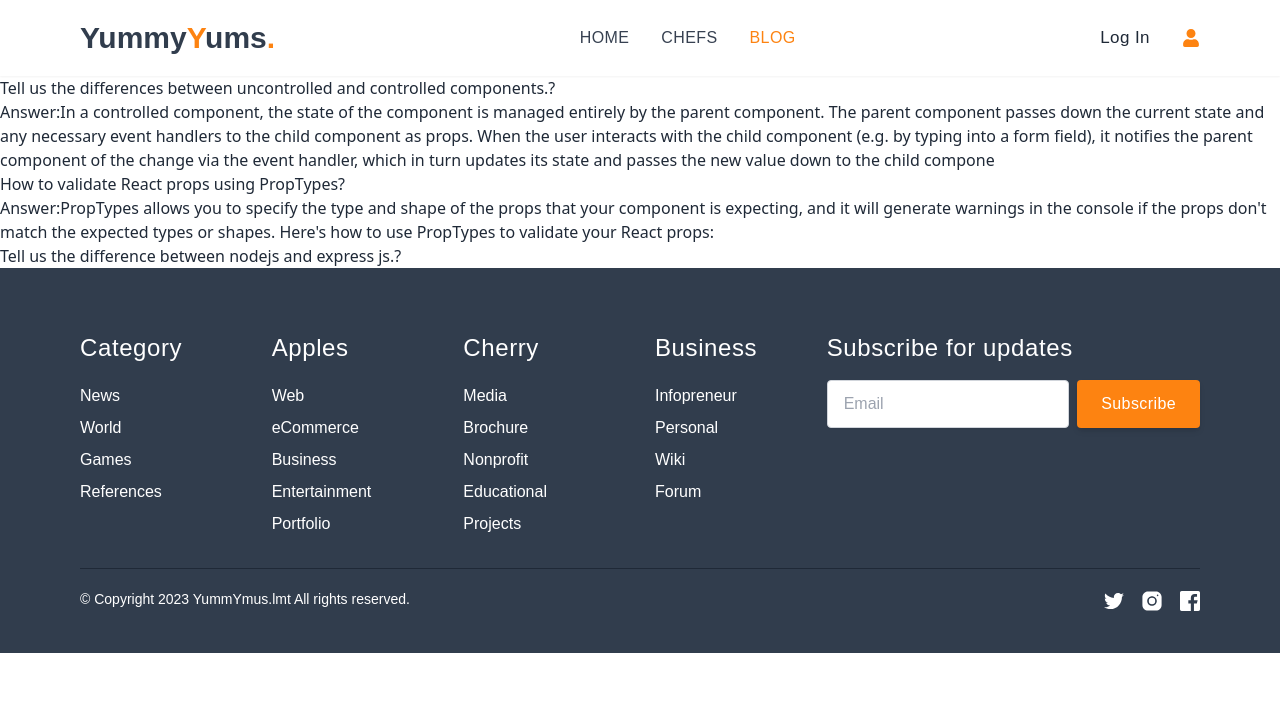
Repository: mdrubel02/yummy-yums-client
Page: /blog
The author's editor kept a copy of each file at every save. The page is drawn from the files as they stood at one save, then again after the next save.
The browser window is 1280 px wide. The pictures show the whole page.
The project was rebuilt for these pictures with package versions that can differ from the ones it lists, and the page was loaded fresh each time. Also part of the build but not shown: vite.config.js, src/Pages/Home/BannerItem.jsx, src/Pages/Home/Banner.jsx, src/Shared/SectionTitle/SectionTitle.jsx, src/Pages/Chefs/Chef.jsx, src/Pages/Chefs/Chefs.jsx, src/Pages/Home/categories.jsx, src/Pages/Home/Activities.jsx and 13 more.

Above is the page before, as saved 2023-05-04 21:12:44.

After the next save:
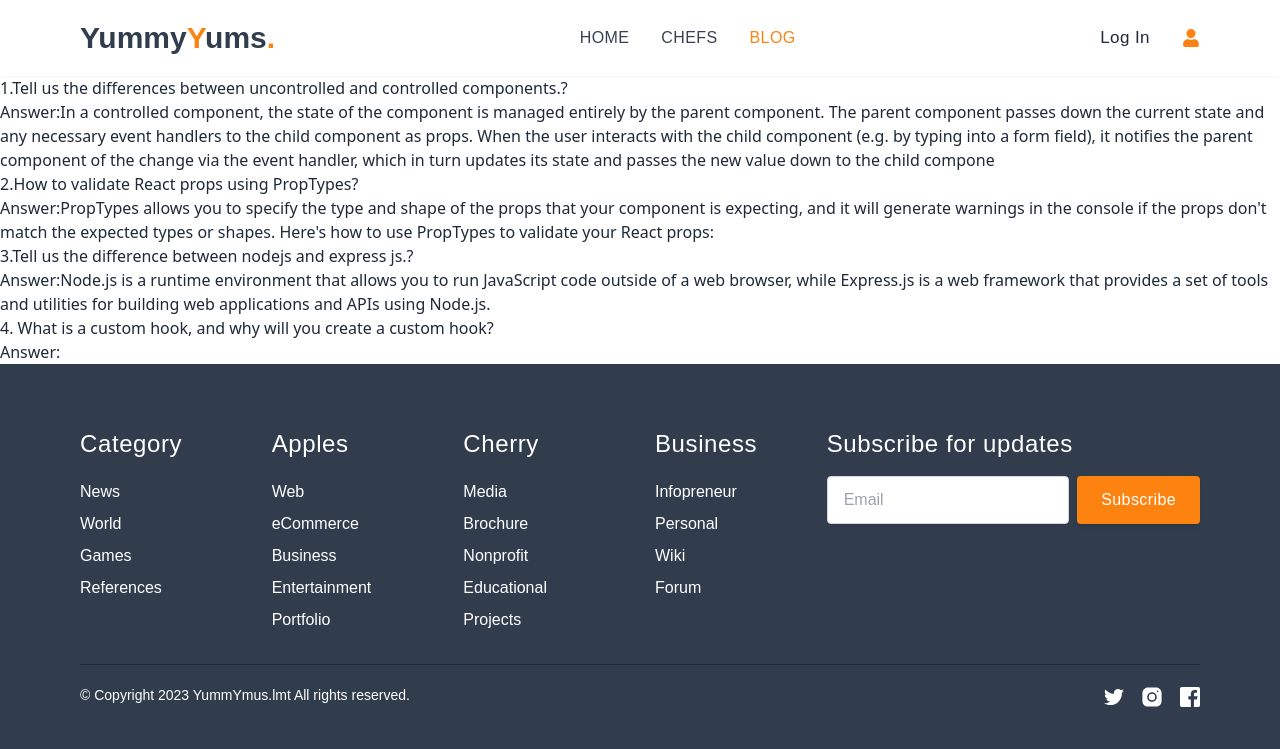
Saved 3 min 45 s later.
--- a/src/Pages/Blogs/Blogs.jsx
+++ b/src/Pages/Blogs/Blogs.jsx
@@ -3,11 +3,16 @@ import React from 'react';
 const Blogs = () => {
     return (
         <section className='container max-auto'>
-            <h2>Tell us the differences between uncontrolled and controlled components.?</h2>
-            <p>Answer:In a controlled component, the state of the component is managed entirely by the parent component. The parent component passes down the current state and any necessary event handlers to the child component as props. When the user interacts with the child component (e.g. by typing into a form field), it notifies the parent component of the change via the event handler, which in turn updates its state and passes the new value down to the child compone</p>
-            <h2>How to validate React props using PropTypes?</h2>
-            <p>Answer:PropTypes allows you to specify the type and shape of the props that your component is expecting, and it will generate warnings in the console if the props don't match the expected types or shapes. Here's how to use PropTypes to validate your React props:</p>
-            <h2>Tell us the difference between nodejs and express js.?</h2>
+            <div>
+                <h2>1.Tell us the differences between uncontrolled and controlled components.?</h2>
+                <p>Answer:In a controlled component, the state of the component is managed entirely by the parent component. The parent component passes down the current state and any necessary event handlers to the child component as props. When the user interacts with the child component (e.g. by typing into a form field), it notifies the parent component of the change via the event handler, which in turn updates its state and passes the new value down to the child compone</p>
+                <h2>2.How to validate React props using PropTypes?</h2>
+                <p>Answer:PropTypes allows you to specify the type and shape of the props that your component is expecting, and it will generate warnings in the console if the props don't match the expected types or shapes. Here's how to use PropTypes to validate your React props:</p>
+                <h2>3.Tell us the difference between nodejs and express js.?</h2>
+                <p>Answer:Node.js is a runtime environment that allows you to run JavaScript code outside of a web browser, while Express.js is a web framework that provides a set of tools and utilities for building web applications and APIs using Node.js.</p>
+                <h2> 4. What is a custom hook, and why will you create a custom hook?</h2>
+                <p>Answer:</p>
+            </div>
         </section>
     );
 };
